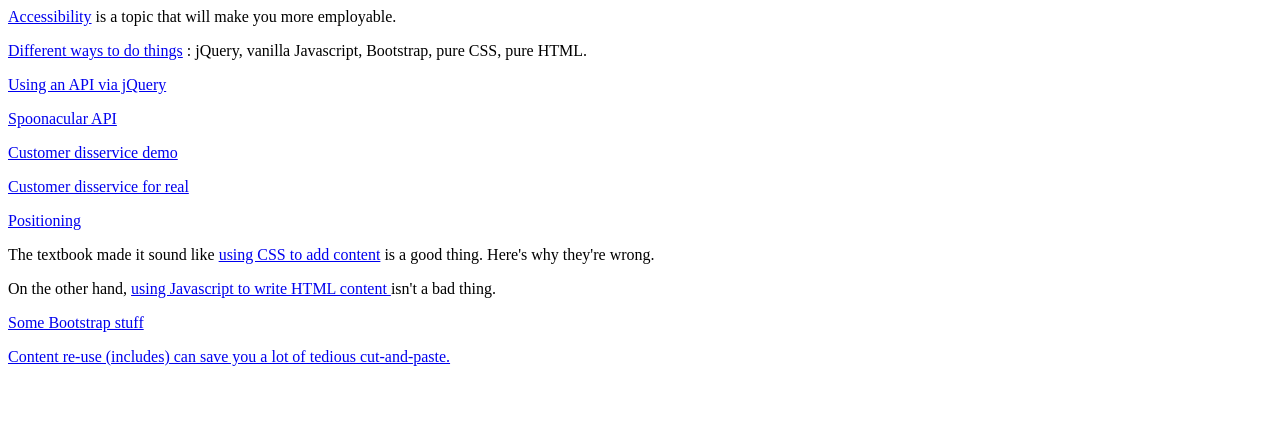
Repository: alboss/bit-175
Page: docs/includes/nav.html
These files come from the project's save history. The page is drawn as it stood at one moment and after the next save; the edit follows.
The browser window is 1280 px wide. The pictures show the whole page.

Above is the page before, as saved 2023-05-10 15:28:09.

### docs/includes/nav.html
<html><head><base href="https://alboss.github.io/bit-175" target="_blank"></head></html>
<p>
  <a href="/a11y.html">Accessibility</a>
  is a topic that will make you more employable.
</p>
<p>
  <a href="/choices/">Different ways to do things</a>
  : jQuery, vanilla Javascript, Bootstrap, pure CSS, pure HTML.
</p>
<p><a href="/api.html">Using an API via jQuery</a></p>
<p><a href="/spoonacular-api/index.html">Spoonacular API</a></p>
<p><a href="/customer-service-demo.html">Customer disservice demo</a></p>
<p><a href="/customer-service.html">Customer disservice for real</a></p>
<p><a href="/positioning.html">Positioning</a></p>
<p>
  The textbook made it sound like
  <a href="/css-is-not-content.html">using CSS to add content</a>
  is a good thing. Here's why they're wrong.
</p>
<p>
  On the other hand,
  <a href="/includes/js-write-html.html">
    using Javascript to write HTML content
  </a>
  isn't a bad thing.
</p>
<p><a href="/bootstrap/">Some Bootstrap stuff</a></p>
<p>
  <a href="/includes/index.html">
    Content re-use (includes) can save you a lot of tedious cut-and-paste.
  </a>
</p>

After the next save:
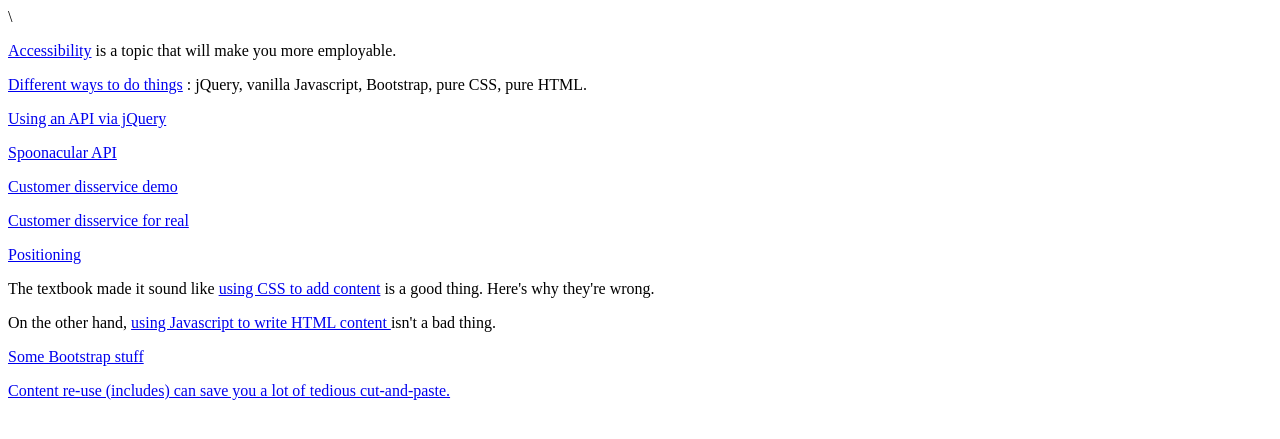
Saved 7 s later.
--- a/docs/includes/nav.html
+++ b/docs/includes/nav.html
@@ -1,4 +1,4 @@
-<html><head><base href="https://alboss.github.io/bit-175" target="_blank"></head></html>
+<html><head><base href="https://alboss.github.io/bit-175" target="_blank"></head>\
 <p>
   <a href="/a11y.html">Accessibility</a>
   is a topic that will make you more employable.

After the save that followed:
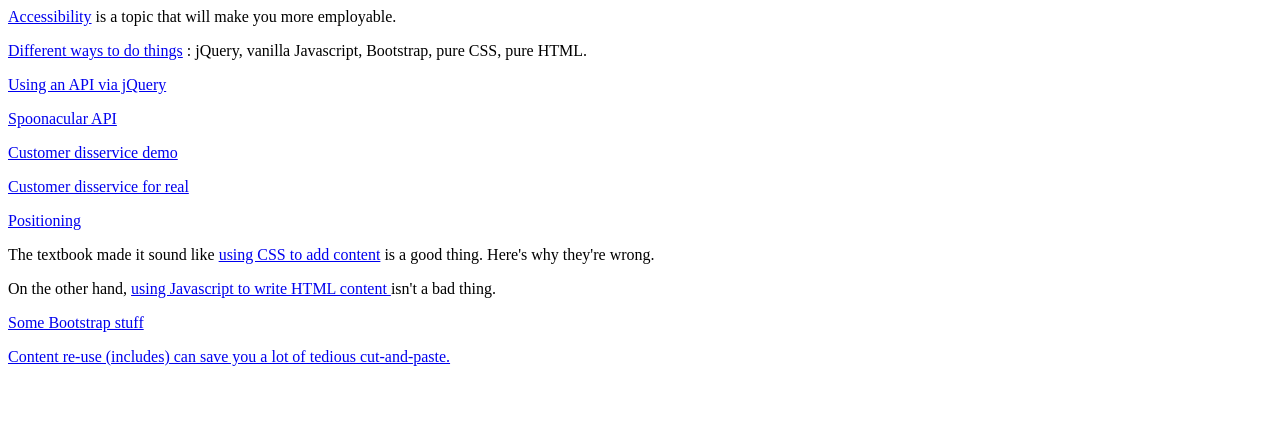
Saved 4 s later.
--- a/docs/includes/nav.html
+++ b/docs/includes/nav.html
@@ -1,4 +1,5 @@
-<html><head><base href="https://alboss.github.io/bit-175" target="_blank"></head>\
+<html><head><base href="https://alboss.github.io/bit-175" target="_blank"></head>
+<body></body>
 <p>
   <a href="/a11y.html">Accessibility</a>
   is a topic that will make you more employable.
